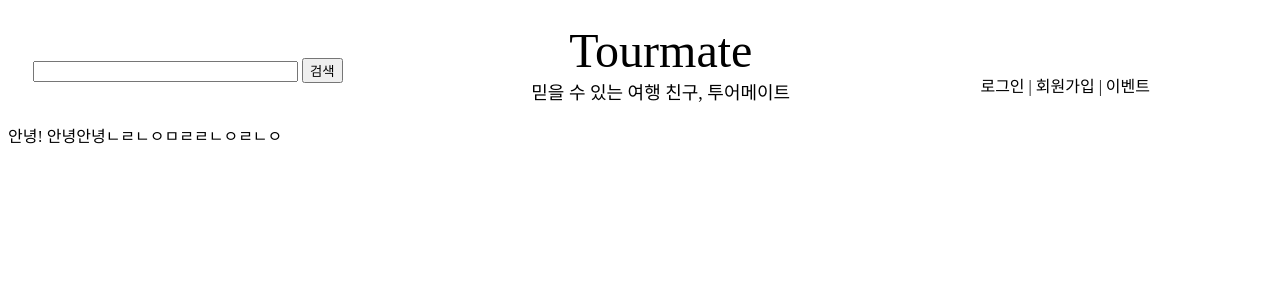
Repository: nohyoonko/2017-2-WP-Tourmate
Page: http://localhost/Tourmate/Header2.jsp
The author's editor kept a copy of each file at every save. The page is drawn from the files as they stood at one save, then again after the next save.
The browser window is 1280 px wide. The pictures show the whole page.
The page is served by Tomcat 9. Other server files are loaded and not shown.

Above is the page before, as saved 2017-12-05 04:59:59.

### eclipse-workspace/Tourmate/WebContent/Header2.jsp
<%@ page language="java" contentType="text/html; charset=UTF-8"
    pageEncoding="UTF-8"%>
<!DOCTYPE html PUBLIC "-//W3C//DTD HTML 4.01 Transitional//EN" "http://www.w3.org/TR/html4/loose.dtd">
<html>
<head>
	<meta http-equiv="Content-Type" content="text/html; charset=UTF-8">
	<title>투어메이트</title>
    <style>
        div { font-family: "함초롬돋움"; }

        div.header1 {
            width: 30%;
            float: left;
            margin-left: 25px;
            margin-top: 50px;
        }

        div.header2 {
            width: 33%;
            height: 60px;
            float: left;
            margin-left: 40px;
            margin-top: 15px;
            color: black;
        }

      	div.header2 > a {
        	color:black; text-decoration:none;
      	}

        div.header3 {
            width: 31%;
            height: 50px;
            float: left;
            margin-right: 10px;
            margin-top: 65px;
        }

        .menubar {
 			background: #FF8000;
 			display: inline-block;
  			width: 100%;
		}
		.main { margin: 0; padding: 0; font-size: 19px; }
		.main li {
			padding:0% 3% 0% 3%;
  			float: left;
  			list-style:none;
  			position: relative;
		}
		.main li:first-child { margin-left: 10%; }
		.main li:hover { background: #984807; }
		.main a {
  			color: white;
  			display: block;
  			padding: 10px 20px;
  			text-decoration: none;
		}
		.main ul {
  			background: white;
  			display: none;
  			padding: 0;
  			position: absolute;
  			left: 0;
  			top: 100%;
  			z-index: 2;
  			width: 210px;
		}
		.main ul li { float: none; margin-left: 10%; }
		.main ul a { color: #984807; }
		.main ul li:hover { background: white; }
		.main ul li:hover>a { color: #FF8000; }
	</style>
</head>
<body>
    <div class="header1">
        <input type="text" size=30>
        <input type="submit" value="검색">
    </div>
    <a href="투어메이트.html">
    <div class="header2">
        <center>
            <font face="HYHeadLine" size="7">Tourmate</font><br>
            <font face="함초롬돋움" size="4">믿을 수 있는 여행 친구, 투어메이트</font>
        </center>
    </div>
    </a>
    <div class="header3">
        <center>
            <font size="3">로그인 | 회원가입 | 이벤트</font>
        </center>
    </div>

    <!--상단 메뉴바와 하위 메뉴-->
    <script src="//code.jquery.com/jquery.min.js"></script>
	<script>
	$(function(){
  		$(".main li").hover(function(){
    		$('ul:first',this).show();
  		}, function(){
    		$('ul:first',this).hide();
  		});
	});
	</script>
	<br><br><br><br>
    안녕! 안녕안녕ㄴㄹㄴㅇㅁㄹㄹㄴㅇㄹㄴㅇ

</body>
</html>

After the next save:
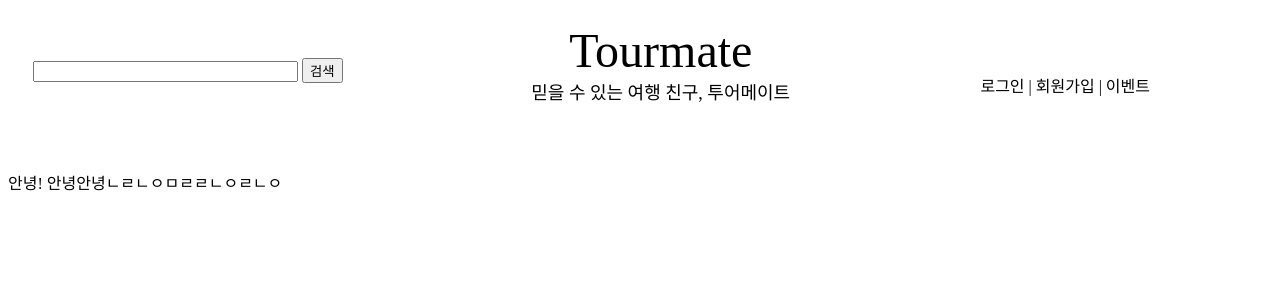
Saved 26 s later.
--- a/eclipse-workspace/Tourmate/WebContent/Header2.jsp
+++ b/eclipse-workspace/Tourmate/WebContent/Header2.jsp
@@ -102,7 +102,7 @@
   		});
 	});
 	</script>
-	<br><br><br><br>
+	<br><br><br><br><br><br><br><br><br>
     안녕! 안녕안녕ㄴㄹㄴㅇㅁㄹㄹㄴㅇㄹㄴㅇ
 
 </body>
